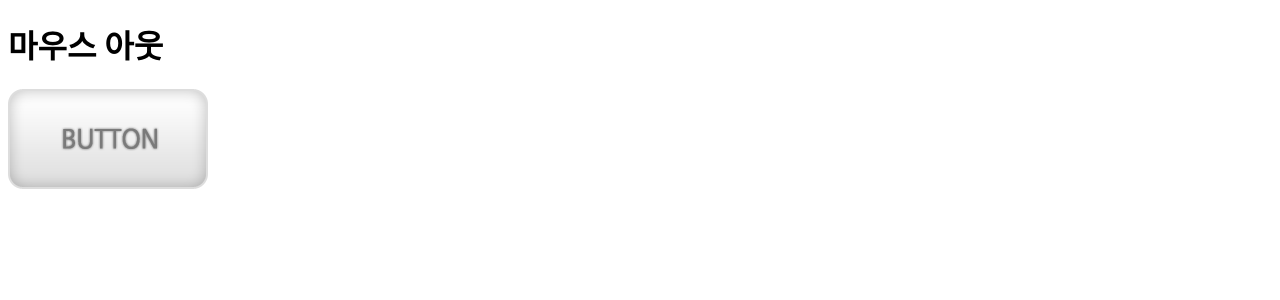
Repository: reddrinkbro/JSPStudy
Page: javascript/WebContent/4객체/dom_ob5.html
An editor plug-in stored every save of this project. The page is shown before and after the next save, followed by the edit.
The browser window is 1280 px wide. The pictures show the whole page.

Above is the page before, as saved 2020-04-10 02:39:50.

### javascript/WebContent/4객체/dom_ob5.html
<!DOCTYPE html>
<html>
<head>
<meta charset="UTF-8">
<title>Insert title here</title>
</head>
<body>
	<h1 id = "title">마우스 아웃</h1>

	<a href ="#" id="btn">
		<img src="images/btn_out.gif">
	</a>
	<p id = "img_src"></p>
	<script type="text/javascript">
		//id속성값이 "btn"인 <a>요소를 선택해서 가져와서 theBtn변수에 저장
		var theBtn = document.getElementById("btn");
		//id속성값이 "img_src"인 <p>요소를 선택해서 가져와서 s변수에 저장
		var s = document.getElementById("img_src");
		//id속성값이  "btn"인 <a>요소에 마우스포인터를 올렸을때 익명함수 function(){}코드가 실행되게 선언
		theBtn.onmouseover = function(){
			//id 속성값이 "title"인 <h1>요소안의 텍스트노드값을 "마우스오버"로 바뀌게 하기
			document.getElementById("title").innerHTML ="마우스오버";
			//innerHTML을 통해서 DOM객체의 요소의 텍스트 값을 변경할 수 있다
			//<img>요소의 src 속성값을 "images/btn_over.gif"로 변경한다
			//마우스 오버된 이미지로 변경되게 하기
			theBtn.children[0].src = "images/btn_over.gif";
			//마우스 오버된 <img>요소의 src속성의 값을 얻어 <p id = "img_src"></p>요소의 텍스트노드값 위치에 출력
			s.innerHTML = theBtn.children[0].src;
		}

		//<a id = "btn">요소에서 마우스포인터가 벗어 나는 행위를 했을 경우
		//이벤트 처리 함수 fuction(){}이 실행되게선언
		theBtn.onmouseout = function(){
			alert("벗어났다");
		}
	</script>
</body>
</html>

After the next save:
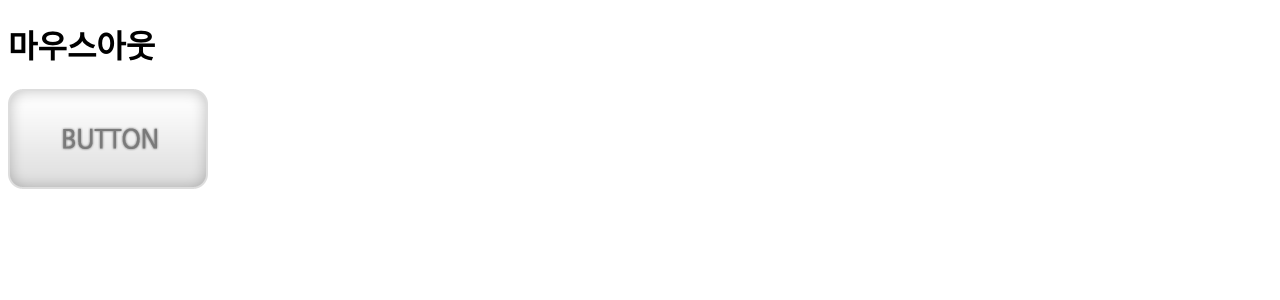
Saved 53 s later.
--- a/javascript/WebContent/4객체/dom_ob5.html
+++ b/javascript/WebContent/4객체/dom_ob5.html
@@ -5,7 +5,7 @@
 <title>Insert title here</title>
 </head>
 <body>
-	<h1 id = "title">마우스 아웃</h1>
+	<h1 id = "title">마우스아웃</h1>
 
 	<a href ="#" id="btn">
 		<img src="images/btn_out.gif">
@@ -31,7 +31,9 @@
 		//<a id = "btn">요소에서 마우스포인터가 벗어 나는 행위를 했을 경우
 		//이벤트 처리 함수 fuction(){}이 실행되게선언
 		theBtn.onmouseout = function(){
-			alert("벗어났다");
+			document.getElementById("title").innerHTML ="마우스아웃";
+			theBtn.children[0].src = "images/btn_out.gif";
+			s.innerHTML = theBtn.children[0].src;
 		}
 	</script>
 </body>
